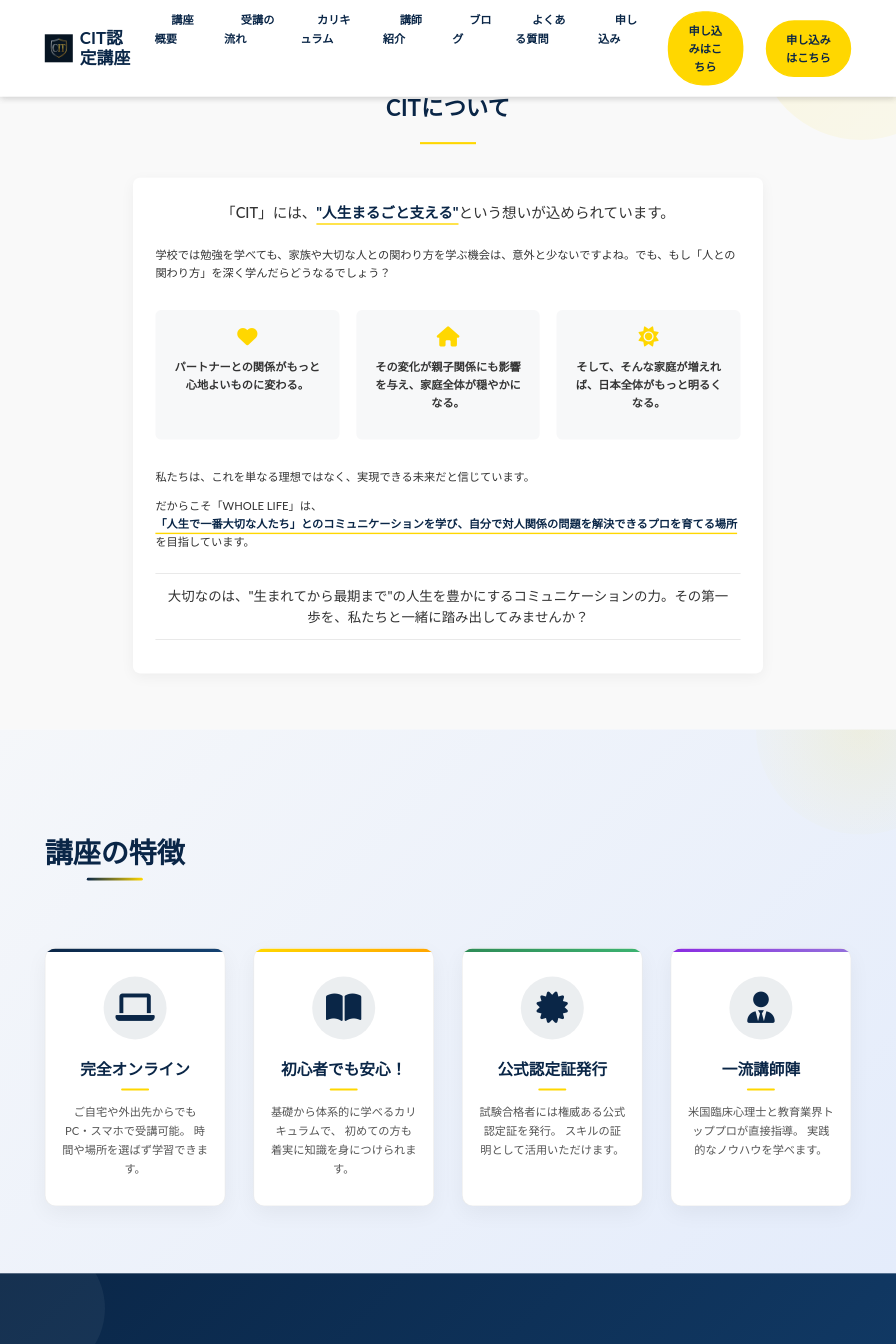
Repository: matsuki0821/-fuan-gata-kanpeki-shugi
Page: index.html
The author's editor kept a copy of each file at every save. The page is drawn from the files as they stood at one save, then again after the next save.
The browser window is 1280 px wide. The pictures show the part of the page from y = 0 to 1920 px (the page is 9239 px tall before and 9851 px after), at 70% of full size.

Above is the page before, as saved 2025-03-16 21:57:10.

After the next save:
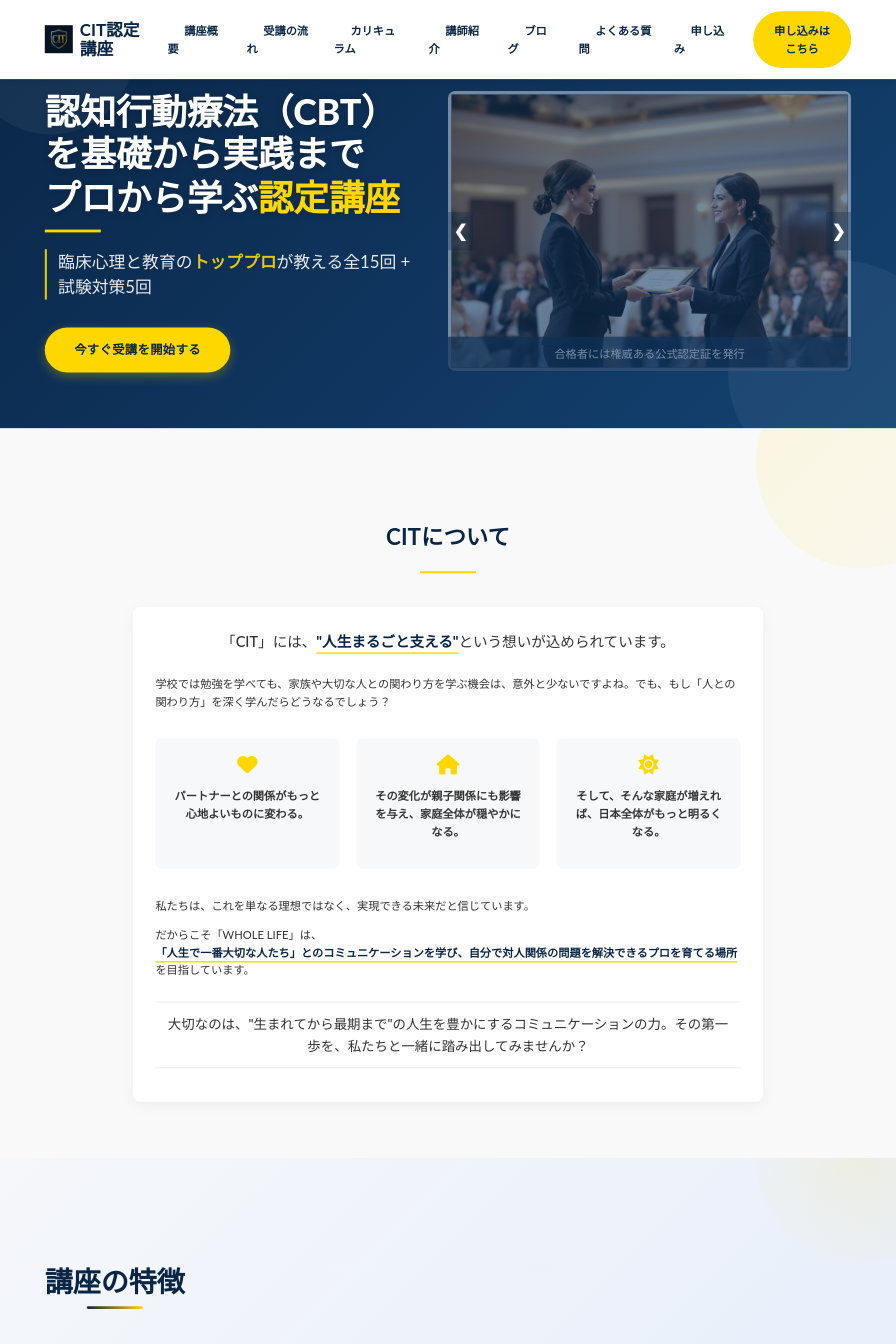
Saved 67 s later.
--- a/index.html
+++ b/index.html
@@ -91,12 +91,12 @@
                 <h1>CIT認定講座</h1>
             </div>
 
-            <div class="menu-toggle" id="menu-toggle" aria-expanded="false" aria-label="メニューを開く">
+            <div class="menu-toggle" id="menu-toggle">
                 <i class="fas fa-bars"></i>
             </div>
 
             <nav>
-                <ul id="menu" aria-hidden="true">
+                <ul id="menu">
                     <li><a href="#about">講座概要</a></li>
                     <li><a href="#process">受講の流れ</a></li>
                     <li><a href="#curriculum">カリキュラム</a></li>
@@ -104,7 +104,6 @@
                     <li><a href="#blog">ブログ</a></li>
                     <li><a href="#faq">よくある質問</a></li>
                     <li><a href="#pricing">申し込み</a></li>
-                    <li class="mobile-cta"><a href="#pricing" class="btn btn-primary">申し込みはこちら</a></li>
                 </ul>
             </nav>
 
@@ -115,35 +114,48 @@
     </header>
 
    <!-- ヒーローセクション -->
-   <header>
-    <div class="header-container container">
-        <div class="logo">
-            <img src="images/logo.png" alt="CIT講座ロゴ">
-            <h1>CIT認定講座</h1>
-        </div>
-
-        <div class="menu-toggle" id="menu-toggle" aria-expanded="false" aria-label="メニューを開く">
-            <i class="fas fa-bars"></i>
-        </div>
-
-        <nav>
-            <ul id="menu" aria-hidden="true">
-                <li><a href="#about">講座概要</a></li>
-                <li><a href="#process">受講の流れ</a></li>
-                <li><a href="#curriculum">カリキュラム</a></li>
-                <li><a href="#instructors">講師紹介</a></li>
-                <li><a href="#blog">ブログ</a></li>
-                <li><a href="#faq">よくある質問</a></li>
-                <li><a href="#pricing">申し込み</a></li>
-                <li class="mobile-cta"><a href="#pricing" class="btn btn-primary">申し込みはこちら</a></li>
-            </ul>
-        </nav>
-
-        <div class="cta-header">
-            <a href="#pricing" class="btn btn-primary">申し込みはこちら</a>
+<section class="hero" id="about">
+    <div class="container">
+        <div class="hero-content">
+            <div class="hero-text">
+                <h1>認知行動療法（CBT）を基礎から実践まで<br>プロから学ぶ<span class="hero-highlight">認定講座</span></h1>
+                <p class="hero-subtitle">臨床心理と教育の<span class="hero-highlight">トッププロ</span>が教える全15回 + 試験対策5回</p>
+                <div class="hero-cta">
+                    <a href="#pricing" class="hero-btn hero-btn-primary">今すぐ受講を開始する</a>
+                </div>
+            </div>
+
+            <div class="hero-image">
+                <div class="slideshow-container">
+                    <div class="slide fade">
+                        <img src="/images/slide1.jpg" alt="プロフェッショナルな講師による講義" class="slide-image">
+                        <div class="slide-caption">プロフェッショナルな講師陣による質の高い講義</div>
+                    </div>
+
+                    <div class="slide fade">
+                        <img src="/images/slide2.jpg" alt="認定証の授与" class="slide-image">
+                        <div class="slide-caption">合格者には権威ある公式認定証を発行</div>
+                    </div>
+
+                    <div class="slide fade">
+                        <img src="/images/slide3.jpg" alt="オンライン学習の様子" class="slide-image">
+                        <div class="slide-caption">自宅からでも快適に学べる完全オンライン形式</div>
+                    </div>
+
+                    <a class="prev" onclick="plusSlides(-1)">&#10094;</a>
+                    <a class="next" onclick="plusSlides(1)">&#10095;</a>
+
+                </div>
+
+                <div class="dots-container">
+                    <span class="dot" onclick="currentSlide(1)"></span>
+                    <span class="dot" onclick="currentSlide(2)"></span>
+                    <span class="dot" onclick="currentSlide(3)"></span>
+                </div>
+            </div>
         </div>
     </div>
-</header>
+</section>
 
     <!-- CITについて -->
     <section class="about-cit">
